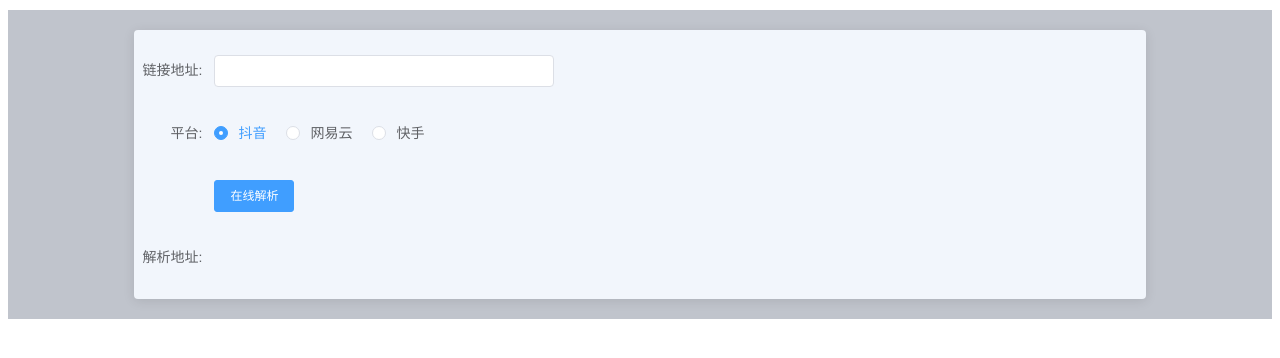
Repository: lyln/freepd
Page: / (app in frontend/freepd/)
An editor plug-in stored every save of this project. The page is shown before and after the next save, followed by the edit.
The browser window is 1280 px wide. The pictures show the whole page.
The project was rebuilt for these pictures with package versions that can differ from the ones it lists, and the page was loaded fresh each time. Also part of the build but not shown: frontend/freepd/src/components/HelloWorld.vue.

Above is the page before, as saved 2022-05-28 12:15:53.

After the next save:
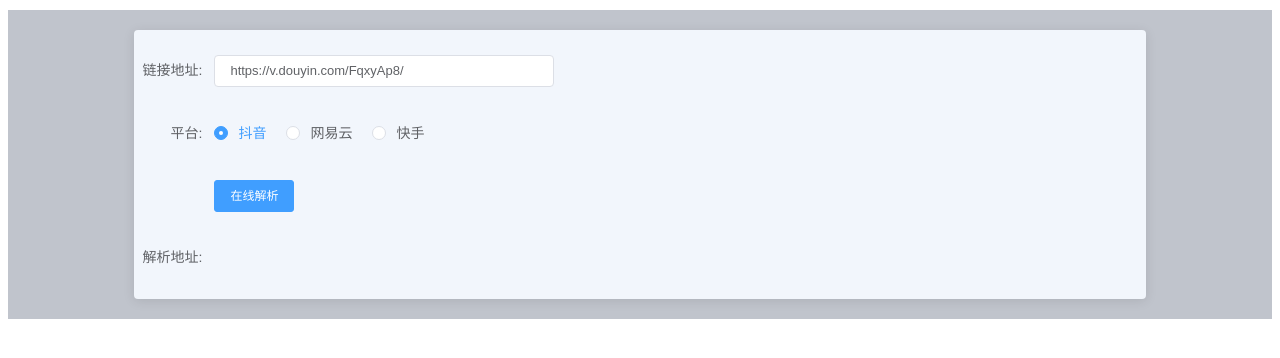
Saved 29 s later.
--- a/frontend/freepd/src/views/Home.vue
+++ b/frontend/freepd/src/views/Home.vue
@@ -49,7 +49,7 @@ export default {
 	data() {
 		return {
 			form: {
-				url: '',
+				url: 'https://v.douyin.com/FqxyAp8/',
 				type: 1,
 			},
 			videoUrl: '',
